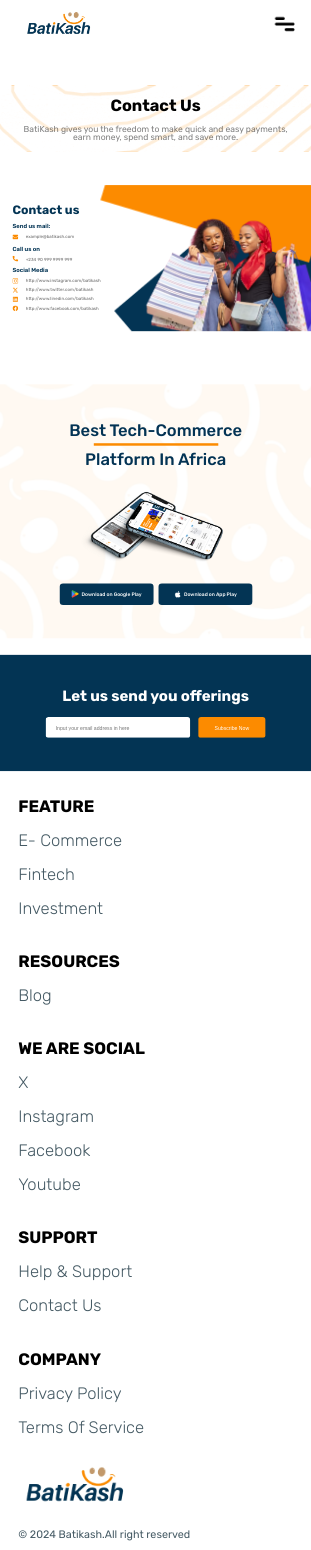
Repository: Batikashdev/batikash-website
Page: /contact
The author's editor kept a copy of each file at every save. The page is drawn from the files as they stood at one save, then again after the next save.
The browser window is 375 px wide. The pictures show the whole page, at 83% of full size.
The project was rebuilt for these pictures with package versions that can differ from the ones it lists, and the page was loaded fresh each time. Also part of the build but not shown: vite.config.js, src/App.css, src/pages/About.jsx, src/components/blog/blog.scss, src/components/blog/BlogPost.jsx, src/components/blog/Frame1.jsx, src/components/blog/dummydate.js, src/pages/Blog.jsx and 7 more.

Above is the page before, as saved 2024-06-23 14:18:44.

### index.html
<!doctype html>
<html lang="en">
  <head>
    <meta charset="UTF-8" />
    <link rel="icon" type="image/svg+xml" href="/vite.svg" />
    <meta name="viewport" content="width=device-width, initial-scale=1.0" />
    <title>BatiKash</title>
    <link rel="preconnect" href="https://fonts.googleapis.com">
<link rel="preconnect" href="https://fonts.gstatic.com" crossorigin>
<link href="https://fonts.googleapis.com/css2?family=Rubik:ital,wght@0,300..900;1,300..900&display=swap" rel="stylesheet">
  </head>
  <body>
    <div id="root"></div>
    <script type="module" src="/src/main.jsx"></script>
  </body>
</html>

### src/main.jsx
import React from 'react'
import ReactDOM from 'react-dom/client'
import App from './App.jsx'
import './index.css'
import { BrowserRouter } from 'react-router-dom'

ReactDOM.createRoot(document.getElementById('root')).render(
  <React.StrictMode>
    <BrowserRouter>
    <App />
    </BrowserRouter>
  </React.StrictMode>
)

### src/App.jsx
import { Route, Routes } from 'react-router-dom'
import './App.css'
import Layout from './Layout'
import About from './pages/About'
import Blog from './pages/Blog'
import Contact from './pages/Contact'
import Home from './pages/Home'
import Singlepost from './pages/Singlepost'
import Error from './pages/Error'


function App() {


  return (
  <div>
     <Routes>
        <Route path="/" element={<Layout />}>
          <Route index element={<Home />} />
          <Route path="/about" element={<About />} />
          <Route path="/contact" element={<Contact />} />
          <Route path="/blog" element={<Blog/>} />
          <Route path="/post:id/" element={<Singlepost />} />
          <Route path="/notfound" element={<Error/>} />
        </Route>
      </Routes>
  </div>
  )
}

export default App

### src/index.css
:root {
  font-family: rubik, sans-serif;
  color-scheme: light dark;
  font-synthesis: none;
  text-rendering: optimizeLegibility;
  -webkit-font-smoothing: antialiased;
  -moz-osx-font-smoothing: grayscale;
}


body {
  margin: 0;
  padding: 0;
}
html {
  margin: 0;
  padding: 0;
}
.link {
  text-decoration: none;
  color: inherit;
}

### src/Layout.jsx
import { Outlet } from "react-router-dom";
import Navbar from "./components/navbar/Navbar";
import BaseFrame from "./components/baseframe/BaseFrame";
import Footer from "./components/footer/Footer";

export default function Layout() {
  return (
    <>
      <Navbar/>
      <Outlet />
      <BaseFrame/>
      <Footer/>

    </>
  );
}

### src/pages/Contact.jsx
import Frame1 from "../components/contact/Frame1"
import Frame2 from "../components/contact/Frame2"


const Contact = () => {
  return (
    <div>
        <Frame1/>
        <Frame2/>
    </div>
  )
}

export default Contact

### src/components/navbar/Navbar.jsx
import "./navbar.scss";
import Logo from "../../assets/BATIKASH-LOGO.png"
import MenuBurger from "../../assets/Vector (1).png"
import { NavLink } from "react-router-dom";
import { useState } from "react";
import { IoCloseSharp } from "react-icons/io5";



const Navbar = () => {
  const [menubar, setMenubar] = useState(false)

  const openMenu = () => {
    setMenubar(!menubar)
  }


  return (
    <>
    <nav>
        <div className="left-nav">
          <NavLink to="/"> <img src={Logo} alt=""/></NavLink>
        </div>
        <div className="right-nav">

          <NavLink className="link" to="/"><a>Personal</a></NavLink>
          <NavLink  className="link" to="/about"><a>About Us</a></NavLink>
          <NavLink  className="link" to="/contact"><a>Contact Us</a></NavLink>
          <NavLink  className="link" to="/blog"><a>Blog</a></NavLink>
        </div>
    </nav>

    <div className="mobile-nav">
        <div className="left-nav">
          <NavLink to="/"> <img src={Logo} alt=""/></NavLink>
        </div>
        <div className="right-nav">
         <img src={MenuBurger} alt="" onClick={openMenu}/>
        </div>

        { menubar? <div className="sidebar">
          <div className="cancel"  onClick={openMenu}><IoCloseSharp/></div>

          <div className="sidebar-content">
          <NavLink className="link" to="/"><a>Personal</a></NavLink>
          <NavLink  className="link" to="/about"><a>About Us</a></NavLink>
          <NavLink  className="link" to="/contact"><a>Contact Us</a></NavLink>
          <NavLink  className="link" to="/blog"><a>Blog</a></NavLink>
          </div>

        </div> : ""}



    </div>
    </>
  )
}

export default Navbar

### src/components/baseframe/BaseFrame.jsx
import image1 from "../../assets/iPhone 12 Pro.png";
import playstore from "../../assets/svg.png";
import apple from "../../assets/apple.png";
import "./baseframe.scss";
import { Link } from "react-router-dom";

const BaseFrame = () => {
  return (
    <section className="baseframe" style={{padding:"40px 0px",}}>
      <div className="baseframe-content">
      <header>
        <p>Best Tech-Commerce </p>
        <hr></hr>
        <p>Platform In Africa</p>
      </header>

      <div className="baseframe-image">
        <img src={image1} alt="" />
      </div>

      <div className="download-btns">
        <Link className="link" to="/notfound">
        <div className="download-app">
          <img src={playstore} alt="" /> Download on Google Play
        </div>
        </Link>

        <Link className="link" to="/notfound">
        <div className="download-app">
          <img src={apple} alt="" /> Download on App Play
        </div>
        </Link>


      </div>

      </div>

    </section>
  );
};

export default BaseFrame;

### src/components/footer/Footer.jsx
import "./footer.scss"
import image1 from '../../assets/Group 5958.png'
import Logo from '../../assets/BATIKASH-LOGO.png'

const footer = () => {
  return (
    <footer>
        <div className="newsletter-footer">
            <div className="left-content">
                <img src={image1} alt=""/>
            </div>
            <div className="right-content">
                <h2>Let us send you offerings</h2>
                <div className="input">
                    <input placeholder="Input your email address in here"/>
                    <button>Subscribe Now</button>
                </div>
            </div>
        </div>
        <div className="main-footer">
            <ul> FEATURE
                <li>E- Commerce</li>
                <li>Fintech</li>
                <li>Investment</li>
            </ul>

            <ul> RESOURCES
                <li>Blog</li>

            </ul>

            <ul> WE ARE SOCIAL
                <li>X</li>
                <li>Instagram</li>
                <li>Facebook</li>
                <li>Youtube</li>

            </ul>

            <ul> SUPPORT
                <li>Help & Support</li>
                <li>Contact Us</li>
            </ul>

            <ul> COMPANY
                <li>Privacy Policy</li>
                <li>Terms Of Service</li>

            </ul>


        </div>
        <div className="base-footer">
            <img src={Logo} alt=""/>
            <div className="copyright"> &copy; 2024 Batikash.All right reserved</div>


        </div>
    </footer>
  )
}

export default footer

### src/components/contact/Frame1.jsx
import "./contact.scss"

const Frame1 = () => {
  return (
    <div className="contact_wrapper">
    <div className="overlay">
        <div className="contact_frame1-content">
            <h1>Contact Us</h1>
            <p>BatiKash gives you the freedom to make quick and easy payments, <br/> earn money, spend smart, and save more.</p>
        </div>

     </div>
    </div>
  )
}

export default Frame1

### src/components/contact/Frame2.jsx

import "./contact.scss"
import image1 from "../../assets/Group 5986.png"
import { FaEnvelope, FaPhoneAlt, FaLinkedin, FaFacebook  } from "react-icons/fa";
import { BsInstagram } from "react-icons/bs";
import { FaXTwitter } from "react-icons/fa6";


const Frame2 = () => {
  return (
    <div className="contact-frame2_wrapper">
        <div className="left-content">
            <h2>Contact us</h2>
            <ul> Send us mail:
                <li>  <FaEnvelope className="icon"/> example@batikash.com</li>
            </ul>

            <ul> Call us on
                <li> <FaPhoneAlt  className="icon"/> +234 90 999 9999 999</li>
            </ul>

            <ul> Social Media
                <li><a href=""><BsInstagram  className="icon"/>http://www.instagram.com/batikash</a></li>
                <li><a href=""><FaXTwitter  className="icon"/>http://www.twitter.com/batikash</a></li>
                <li><a href="">< FaLinkedin  className="icon"/>http://www.linedin.com/batikash</a></li>
                <li><a href=""><FaFacebook  className="icon" />http://www.facebook.com/batikash</a></li>
            </ul>
        </div>
        <div className="right-content">
            <img src={image1} alt=""/>
        </div>
    </div>
  )
}

export default Frame2

### src/components/navbar/navbar.scss
nav {
    display: flex;
    justify-content: space-between;
    align-items: center;
    padding: 10px 30px;
    .left-nav {
        flex: 1;
    }
    .right-nav {
        display: flex;
        justify-content: flex-end;
        padding-right: 200px;
        font-size: 20px;
        font-weight: 400;
        flex: 1;
        gap: 50px;
        :active {
            color: #FC8B00;
        }

    }


}
.mobile-nav {
    display: none;
}

@media (max-width: 600px) {
    nav {
        display: none;
    }
    .mobile-nav {
        display: flex;
        justify-content: space-between;
        align-items: center;
        padding: 10px 20px;
        .left-nav {
            img {
                width: 65%;
            }
        }




        .sidebar {
         background-color: #FFFFFF;
            position: absolute;
                right: 0;
                top: 0;
                width: 40vw;
                height: 100vh;
                padding: 20px 17px ;
                .cancel {

                    font-size: 40px;
                    width: 100%;
                    display: flex;
                    justify-content: flex-end;

                }
            .sidebar-content {
                display: flex;
                flex-direction: column;
                font-size: 17px;
                font-weight: 400;
                gap: 20px;
                margin-top: 10px;
                :active {
                    color: #FC8B00;
                }
            }
            }

    }


}

### src/components/baseframe/baseframe.scss
.baseframe {
    background: url(../../assets//basevec.png);
}
.baseframe-content {
    h1,h2,p,span {
        margin: 0;
    }
    display: flex;
    flex-direction: column;
    justify-content: center;
    align-items: center;
    width: fit-content;
    margin: 0 auto;
    gap: 20px;
    header {
        font-size: 50px;
        font-weight: 500;
        line-height: 75px;
    }

    .download-btns {
        display: flex;
        gap: 16px;
        //Plus Jakarta Sans
        div {
            display: flex;
            align-items: center;
            justify-content: center;
            width: 278px;
            height: 64px;
            border: none;
            border-radius: 8px;
            background: #033454;
            color: #FFFFFF;
            font-size: 16px;
            font-weight: 500;
            gap: 8px;
        }
    }
}

@media (max-width: 600px) {
    .baseframe-content {
        h1,h2,p,span {
            margin: 0;
        }
        display: flex;
        flex-direction: column;
        justify-content: center;
        align-items: center;
        width: fit-content;
        margin: 0 auto;
        gap: 20px;
        header {
            font-size: 20px;
            font-weight: 500;
            line-height: 30px;
        }

        .baseframe-image {
            display: flex;
            justify-content: center;
            img {
                width: 50%;
            }
        }

        .download-btns {
            display: flex;
            gap: 6px;
            //Plus Jakarta Sans
            div {
                display: flex;
                align-items: center;
                justify-content: center;
                width: 113px;
                height: 26px;
                border: none;
                border-radius: 4px;
                background: #033454;
                color: #FFFFFF;
                font-size: 6px;
                font-weight: 500;
                gap: 3px;
                img {
                    width: 10px;
                }
            }
        }
    }


}

### src/components/footer/footer.scss
footer {
    margin-top: 20px;
    .newsletter-footer {
        display: flex;
        align-items: center;
        justify-content: center;
        background: #033454;
        padding: 0px 80px;
        .left-content {
            flex: 1;
        }
        .right-content {
            flex: 2;
            display: flex;
            justify-content: center;
            align-items: center;
            flex-direction: column;
            h2 {
                font-size: 43px;
                font-weight: 700;
                line-height: 51px;
                color: #FFFFFF;
            }
            .input {
                width: 100%;
                height: 50px;
                overflow: hidden;
                display: flex;
                justify-content: space-between;
                border-radius: 7px;
                gap: 20px;

                input {
                    width: 100%;
                    border: none;
                    font-size: 14.22px;
                    font-weight: 400;
                    text-indent: 26px;
                    border-radius: 9.25px;
                    outline: none;
                }

                button {
                    width: 194px;
                    height: 100%;
                    background: #FC8B00;
                    border: none;
                    border-radius: 9.25px;
                    font-size: 14.22px;
                    color: #FFFFFF;
                }
            }
        }
    }

    .main-footer {
        display: flex;
        justify-content: space-between;
        font-size: 14.25px;
        padding: 40px 160px;
        ul {
            font-weight: 700;
            display: flex;
            flex-direction: column;
            gap: 17px;
            li {
                font-weight: 300;
                list-style: none;
                color: #455A64;
            }
        }
    }

    .base-footer {
        padding: 0px 160px;
        display: flex;
        align-items: center;
        justify-content: space-between;
        color: #455A64;
    }
}

@media (max-width: 600px) {
    h1,h2,p {
        margin: 0;
    }
    footer {
        margin-top: 20px;
        .newsletter-footer {
            display: flex;
            align-items: center;
            justify-content: center;
            background: #033454;
            padding: 40px 22px;

            .left-content {
                flex: 1;
                display: none;
            }
            .right-content {
                flex: 100%;
                display: flex;
                justify-content: center;
                align-items: center;
                flex-direction: column;
                gap: 14px;
                h2 {
                    font-size: 18px;
                    font-weight: 700;
                    line-height: 21px;
                    color: #FFFFFF;
                }
                .input {
                    width: 80%;
                    height: 25px;
                    overflow: hidden;
                    display: flex;
                    justify-content: space-between;
                    border-radius: 3px;
                    gap: 10px;

                    input {
                        width: 100%;
                        border: none;
                        font-size: 6.22px;
                        font-weight: 400;
                        text-indent: 10px;
                        border-radius: 3.25px;
                        outline: none;
                    }

                    button {
                        display: flex;
                        justify-content: center;
                        align-items: center;
                        width: 120px;
                        height: 100%;
                        background: #FC8B00;
                        border: none;
                        border-radius: 3.25px;
                        font-size: 6.22px;
                        color: #FFFFFF;

                    }
                }
            }
        }

        .main-footer {
            display: flex;
            flex-direction: column;
            justify-content: space-between;
            font-size: 20px;
            padding: 10px 22px;
            ul {
                font-weight: 700;
                display: flex;
                flex-direction: column;
                gap: 17px;
                padding: 0;

                li {
                    font-weight: 300;
                    list-style: none;
                    color: #455A64;
                    margin: 0;
                }
            }
        }

        .base-footer {
            padding: 0px 12px 12px 12px;
            display: flex;
            flex-direction: column;
            align-items: flex-start;
            justify-content: space-between;
            gap: 20px;
            .copyright {
                font-size: small;
                margin-left: 10px;
            }

        }
    }

}

### src/components/contact/contact.scss
.contact_wrapper {
    margin-top: 40px;
    background: url("../../assets/Vector.png");
    height: 70vh;

    h1,h2,p {
        margin: 0px;
    }
    .overlay {
        background: rgba(255, 255, 255, 0.85);;
        width: 100%;
        height: 100%;
        display: flex;
        justify-content: center;
        align-items: center;
    }
    .contact_frame1-content {
        display: flex;
        flex-direction: column;
        gap: 31px;
        text-align: center;




        h1 {
            font-weight: 700;
            font-size: 60px;
            line-height: 90px;
        }
        p {
            font-weight: 400;
            font-size: 25px;
            line-height: 29px;
            color: rgba(0, 0, 0, 0.5);
        }

    }
}

//Frame-2 //

.contact-frame2_wrapper {
    display: flex;
    align-items: center;
    justify-content: space-between;
    padding: 40px 0px 40px 40px;
    color: #033454;
    h1,h2,p {
        margin: 0px;
    }
    .left-content {
        h2 {
            font-size: 50px;
            font-weight: 700;
            line-height: 60px;
            letter-spacing: 0.005em;


        }
        ul {
            font-weight: 600;
            font-size: 24px;
            line-height: 28px;
            margin-left: 0px;
            padding: 0px;
            display: flex;
            flex-direction: column;
            gap: 15px;


            li {
                display: flex;
                align-items: center;
                gap: 9px;
                font-weight: 400;
                font-size: 18px;
                line-height: 21.6px;
                text-decoration: none;
                list-style: none;
                color: rgba(0, 0, 0, 0.6);
                .icon {
                    font-size: 24px;
                    color: #FC8B00;
                }

                a {
                    text-decoration: none;
                    color: inherit;
                    display: flex;
                    align-items: center;
                    gap: 9px;

                }
            }
        }

    }
    .right-content {
     img {
        width: 100%;
     }

    }
}


@media (max-width: 600px) {
    .contact_wrapper {
        height: 10vh;
        .contact_frame1-content {
            gap: 10px;
            h1 {
                font-size: 19.56px;
                font-weight: 700;
                line-height: 26.35px;
            }
            p {
                font-size: 10.32px;
                font-weight: 400;
                line-height: 9.67px;

            }

        }
    }



    //Frame-2 //

.contact-frame2_wrapper {
    padding: 40px 0px 40px 15px;
    .left-content {
        h2 {
            font-size: 14.64px;
            font-weight: 700;
            line-height: 17.56px;
            letter-spacing: 0.005em;
        }
        ul {
            font-size: 7.03px;
            font-weight: 600;
            line-height: 8.43px;
            letter-spacing: 0.005em;
            gap: 4px;
            li {
                font-size: 5.27px;
                font-weight: 400;
                line-height: 6.32px;
                letter-spacing: 0.005em;
                color: rgba(0, 0, 0, 0.6);
                .icon {
                    font-size: 7px;
                    color: #FC8B00;
                }
            }
        }

    }

}

}

Loaded but not shown: src/components/homeweb/home.scss (469 lines, source omitted)

After the next save:
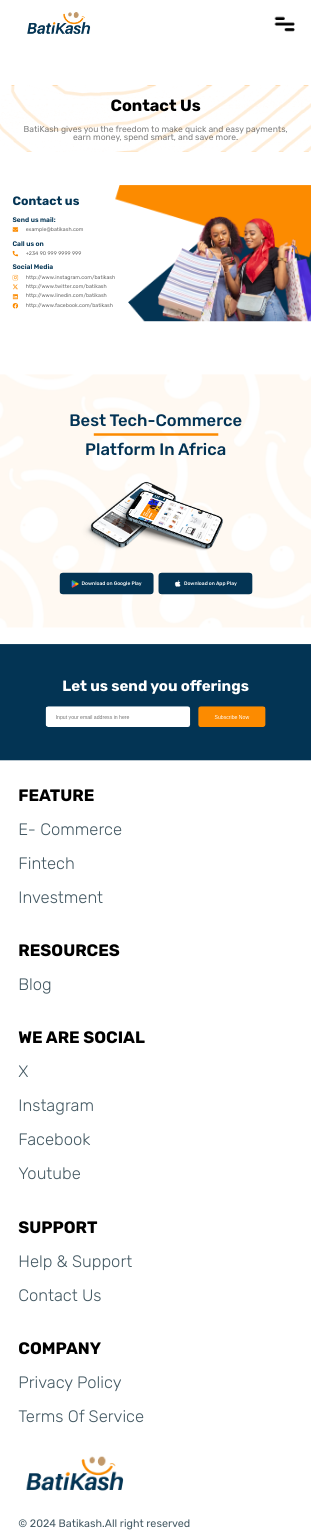
Saved 92 s later.
--- a/src/components/contact/contact.scss
+++ b/src/components/contact/contact.scss
@@ -139,16 +139,16 @@
             letter-spacing: 0.005em;
         }
         ul {
-            font-size: 7.03px;
+            font-size: 8.03px;
             font-weight: 600;
-            line-height: 8.43px;
+            line-height: 9.43px;
             letter-spacing: 0.005em;
             gap: 4px;
             li {
-                font-size: 5.27px;
+                font-size: 6.27px;
                 font-weight: 400;
-                line-height: 6.32px;
-                letter-spacing: 0.005em;
+                line-height: 7.32px;
+                letter-spacing: 0.007em;
                 color: rgba(0, 0, 0, 0.6);
                 .icon {
                     font-size: 7px;
